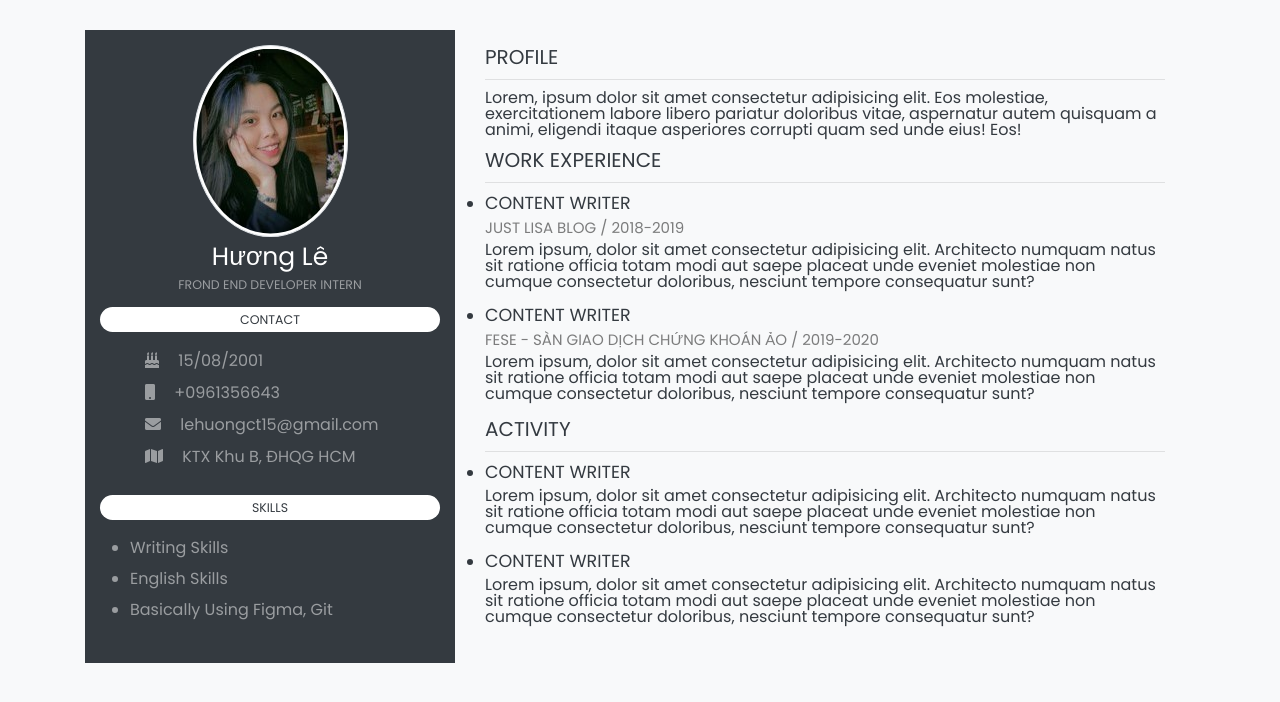
Repository: huongle158/cvhuongle
Page: index.html
An editor plug-in stored every save of this project. The page is shown before and after the next save, followed by the edit.
The browser window is 1280 px wide. The pictures show the whole page.
Some web libraries are served in a nearby version.

Above is the page before, as saved 2021-12-12 23:50:24.

### index.html
<!DOCTYPE html>
<html lang="en">
  <head>
    <title>Resume</title>
    <link
      href="https://fonts.googleapis.com/css2?family=Poppins:wght@400;600&display=swap"
      rel="stylesheet"
    />
    <link rel="stylesheet" href="https://cdnjs.cloudflare.com/ajax/libs/font-awesome/5.10.0/css/all.min.css" integrity="sha512-PgQMlq+nqFLV4ylk1gwUOgm6CtIIXkKwaIHp/PAIWHzig/lKZSEGKEysh0TCVbHJXCLN7WetD8TFecIky75ZfQ==" crossorigin="anonymous" referrerpolicy="no-referrer" />
    <!-- Required meta tags -->
    <meta charset="utf-8" />
    <meta
      name="viewport"
      content="width=device-width, initial-scale=1, shrink-to-fit=no"
    />

    <!-- Bootstrap CSS -->
    <link
      rel="stylesheet"
      href="https://stackpath.bootstrapcdn.com/bootstrap/4.3.1/css/bootstrap.min.css"
      integrity="sha384-ggOyR0iXCbMQv3Xipma34MD+dH/1fQ784/j6cY/iJTQUOhcWr7x9JvoRxT2MZw1T"
      crossorigin="anonymous"
    />
    <link rel="stylesheet" href="./assets/css/style.css" />
  </head>
  <body class="bg-light">
    <div class="container p-5">
      <div class="row">

        <div class="col-lg-4 bg-dark text-white text-center py-4">
          <div class="header-left">
            <img
              src="./assets/img/188108614_380364193279457_3096500343222530064_n (1).jpg"
              alt=""
              class="img-thumbnail rounded-circle mb-2"
            />
            <h1 class="display-5">Hương Lê</h1>
            <h4 class="lead text-uppercase text-white-50 mb-4">
              Frond End Developer Intern
            </h4>
          </div>

          <div>
              <h5 class="text-uppercase bg-white text-dark py-2 rounded-pill mb-4" >contact</h5>
              <ul class="list-unstyled text-white-50 ml-5 py-2 text-left">
                  <li class="list-item mb-4">
                      <i class="fas fa-birthday-cake mx-4"></i>
                     15/08/2001
                  </li>
                  <li class="list-item mb-4">
                      <i class="fa fa-mobile mx-4"></i>
                      +0961356643
                  </li>
                  <li class="list-item mb-4">
                      <i class="fa fa-envelope mx-4"></i>
                      lehuongct15@gmail.com
                  </li>
                  <li class="list-item mb-4">
                      <i class="fa fa-map mx-4"></i>
                      KTX Khu B, ĐHQG HCM
                  </li>
              </ul>
          </div>
          <div>
              <h5 class="text-uppercase bg-white text-dark py-2 rounded-pill mb-4" >skills</h5>
              <ul class="list text-white-50 ml-5 py-2 text-left text-capitalize">
                <li class="list-item mb-4">Writing skills</li>
                <li class="list-item mb-4">English skills</li>
                <li class="list-item mb-4">Basically using Figma, Git</li>
              </ul>
          </div>


        </div>

        <div class="col-lg-8 bg-light text-dark py-4 px-5">
            <div class="header-right">
                <h2 class="text-uppercase">profile</h2>
                <hr>
                <p>Lorem, ipsum dolor sit amet consectetur adipisicing elit. Eos molestiae, exercitationem labore libero pariatur doloribus vitae, aspernatur autem quisquam a animi, eligendi itaque asperiores corrupti quam sed unde eius! Eos!</p>

            </div>
            <div>
                <h2 class="text-uppercase">Work Experience</h2>
                <hr>
                <ul class="list">
                <li class="list-item mb-4">
                    <h3 class="display-6 text-uppercase">Content Writer</h3>
                    <h4 class="text-uppercase text-black-50">Just Lisa blog  / 2018-2019</h4>
                    <p>Lorem ipsum, dolor sit amet consectetur adipisicing elit. Architecto numquam natus sit ratione officia totam modi aut saepe placeat unde eveniet molestiae non cumque consectetur doloribus, nesciunt tempore consequatur sunt?</p>
                </li>
                 <li class="list-item mb-4">
                    <h3 class="display-6 text-uppercase">Content Writer</h3>
                    <h4 class="text-uppercase text-black-50">FESE - Sàn Giao dịch Chứng khoán ảo  / 2019-2020</h4>
                    <p>Lorem ipsum, dolor sit amet consectetur adipisicing elit. Architecto numquam natus sit ratione officia totam modi aut saepe placeat unde eveniet molestiae non cumque consectetur doloribus, nesciunt tempore consequatur sunt?</p>
                </li>

              </ul>

            </div>
             <div>
                <h2 class="text-uppercase">Activity</h2>
                <hr>
                <ul class="list">
                <li class="list-item mb-4">
                    <h3 class="display-6 text-uppercase">Content Writer</h3>
                    <p>Lorem ipsum, dolor sit amet consectetur adipisicing elit. Architecto numquam natus sit ratione officia totam modi aut saepe placeat unde eveniet molestiae non cumque consectetur doloribus, nesciunt tempore consequatur sunt?</p>
                </li>
                 <li class="list-item mb-4">
                    <h3 class="display-6 text-uppercase">Content Writer</h3>
                    <p>Lorem ipsum, dolor sit amet consectetur adipisicing elit. Architecto numquam natus sit ratione officia totam modi aut saepe placeat unde eveniet molestiae non cumque consectetur doloribus, nesciunt tempore consequatur sunt?</p>
                </li>

              </ul>

            </div>
        </div>
      </div>
    </div>

    <!-- Optional JavaScript -->
    <!-- jQuery first, then Popper.js, then Bootstrap JS -->
    <script
      src="https://code.jquery.com/jquery-3.3.1.slim.min.js"
      integrity="sha384-q8i/X+965DzO0rT7abK41JStQIAqVgRVzpbzo5smXKp4YfRvH+8abtTE1Pi6jizo"
      crossorigin="anonymous"
    ></script>
    <script
      src="https://cdnjs.cloudflare.com/ajax/libs/popper.js/1.14.7/umd/popper.min.js"
      integrity="sha384-UO2eT0CpHqdSJQ6hJty5KVphtPhzWj9WO1clHTMGa3JDZwrnQq4sF86dIHNDz0W1"
      crossorigin="anonymous"
    ></script>
    <script
      src="https://stackpath.bootstrapcdn.com/bootstrap/4.3.1/js/bootstrap.min.js"
      integrity="sha384-JjSmVgyd0p3pXB1rRibZUAYoIIy6OrQ6VrjIEaFf/nJGzIxFDsf4x0xIM+B07jRM"
      crossorigin="anonymous"
    ></script>
  </body>
</html>

### assets/css/style.css
html {
  box-sizing: border-box;
  font-family: 'Roboto', sans-serif;
}
* {
  margin: 0;
  padding: 0;
}
*,
*:before,
*:after {
  box-sizing: border-box;
}
input,
textarea,
select,
button {
  outline: none;
}
input {
  line-height: normal;
}
label,
button {
  cursor: pointer;
}
a {
  text-decoration: none;
}
img {
  display: block;
  max-width: 100%;
}
*,
*:before,
*:after {
  box-sizing: border-box;
}
/* using rem unit */
html {
  font-size: 62.5%;
}
a {
  text-decoration: none;
}
img {
  display: block;
  max-width: 100%;
}
body {
  font-family: "Poppins", sans-serif;
  font-size: 16px;
  line-height: 1;
}
/*  */
img.rounded-circle{
margin: 0 auto;
}

After the next save:
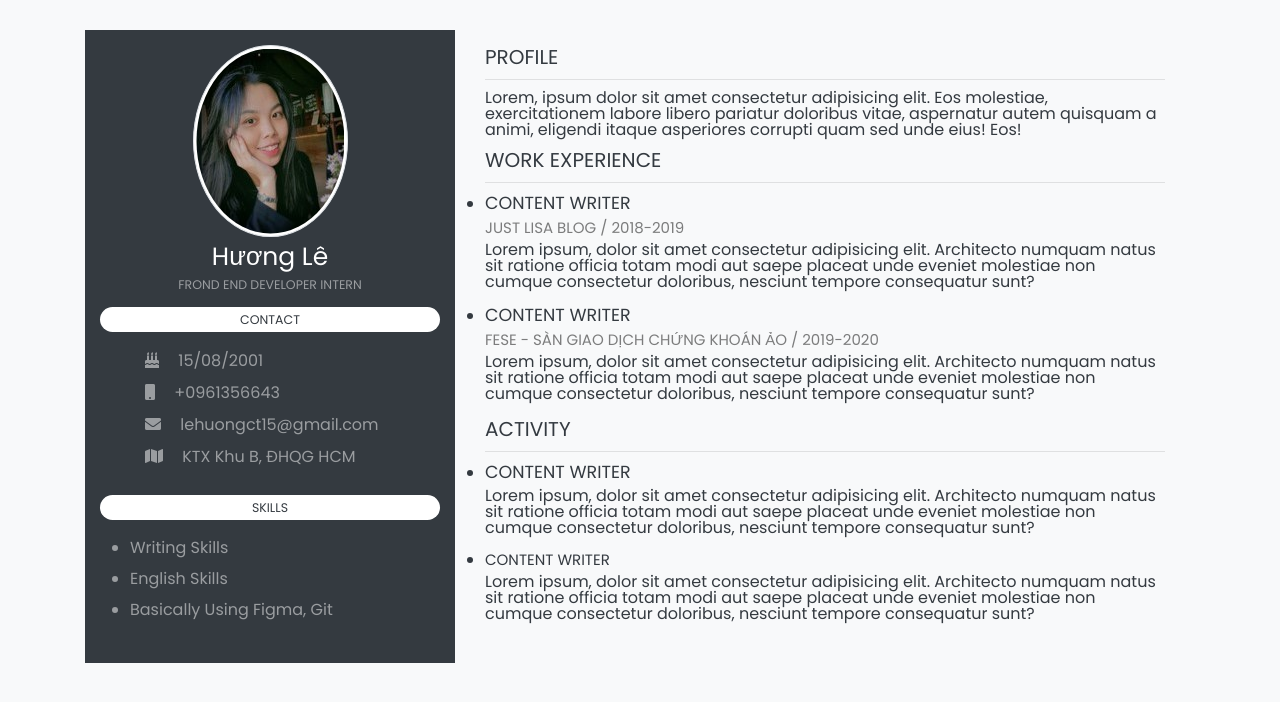
Saved 19 s later.
--- a/index.html
+++ b/index.html
@@ -107,7 +107,7 @@
                     <p>Lorem ipsum, dolor sit amet consectetur adipisicing elit. Architecto numquam natus sit ratione officia totam modi aut saepe placeat unde eveniet molestiae non cumque consectetur doloribus, nesciunt tempore consequatur sunt?</p>
                 </li>
                  <li class="list-item mb-4">
-                    <h3 class="display-6 text-uppercase">Content Writer</h3>
+                    <h4 class="display-6 text-uppercase">Content Writer</h4>
                     <p>Lorem ipsum, dolor sit amet consectetur adipisicing elit. Architecto numquam natus sit ratione officia totam modi aut saepe placeat unde eveniet molestiae non cumque consectetur doloribus, nesciunt tempore consequatur sunt?</p>
                 </li>
 
